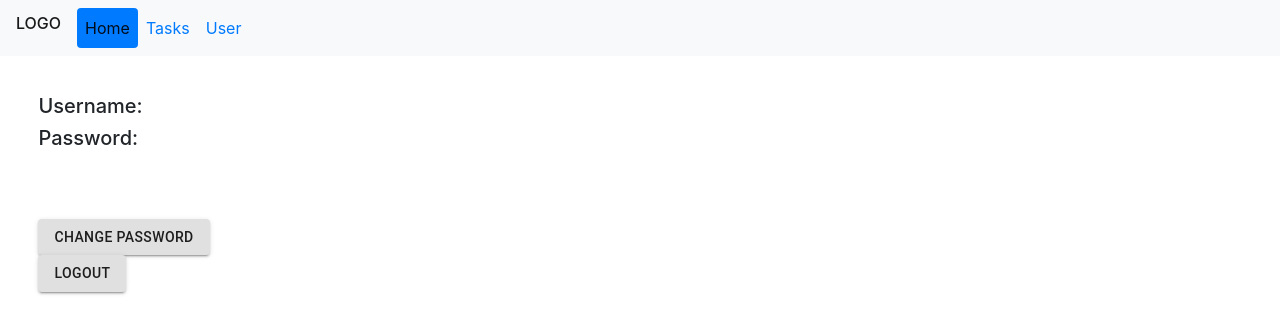
Repository: lalji-yadav/Nimapinfotech-demo-project
Page: /user
The author's editor kept a copy of each file at every save. The page is drawn from the files as they stood at one save, then again after the next save.
The browser window is 1280 px wide. The pictures show the whole page.
The project was rebuilt for these pictures with package versions that can differ from the ones it lists, and the page was loaded fresh each time. Also part of the build but not shown: src/components/Home.js, src/components/Tasks.js, src/components/Login.js.

Above is the page before, as saved 2021-01-17 19:45:36.

After the next save:
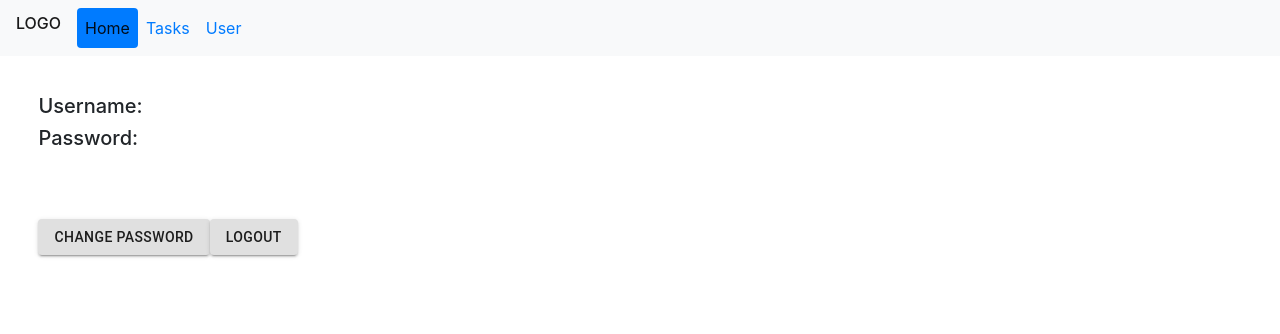
Saved 13 s later.
--- a/src/components/Users.js
+++ b/src/components/Users.js
@@ -15,7 +15,7 @@ const User=()=> {
 
                 <div className="row" style={{marginTop:"5%"}}>
                     <div className="col-sm-4">
-                    <Button className="MuiButton-root" variant="contained">Change password</Button> <br />
+                    <Button className="MuiButton-root" variant="contained">Change password</Button>
                     <Button variant="contained">Logout</Button>
                     </div>
 
